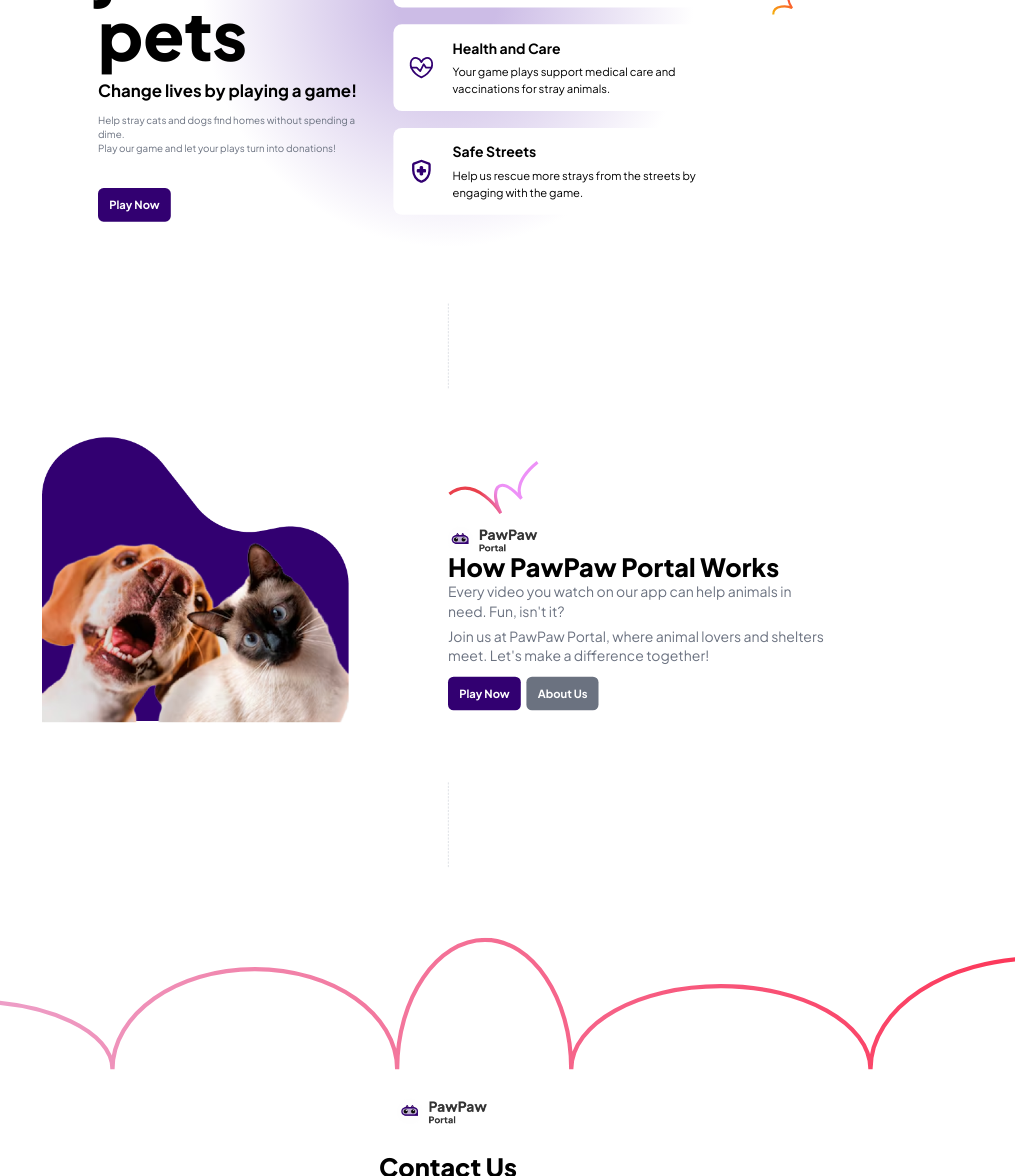
Repository: paskasiregar/pawpawwebsite
Page: /
The author's editor kept a copy of each file at every save. The page is drawn from the files as they stood at one save, then again after a run of saves.
The browser window is 1280 px wide. The page is 1450 px wide, so the pictures cover 1450 px, including what lies to the right of the window. The pictures show the part of the page from y = 504 to 2184 px (the page is 3234 px tall), at 70% of full size.
The project was rebuilt for these pictures with package versions that can differ from the ones it lists, and the page was loaded fresh each time. The framework's server and built-in components were replaced by stand-ins that run in the browser. Also part of the build but not shown: next.config.js, next.config.mjs.

Above is the page before, as saved 2024-07-30 20:52:41.

After the next 2 saves:
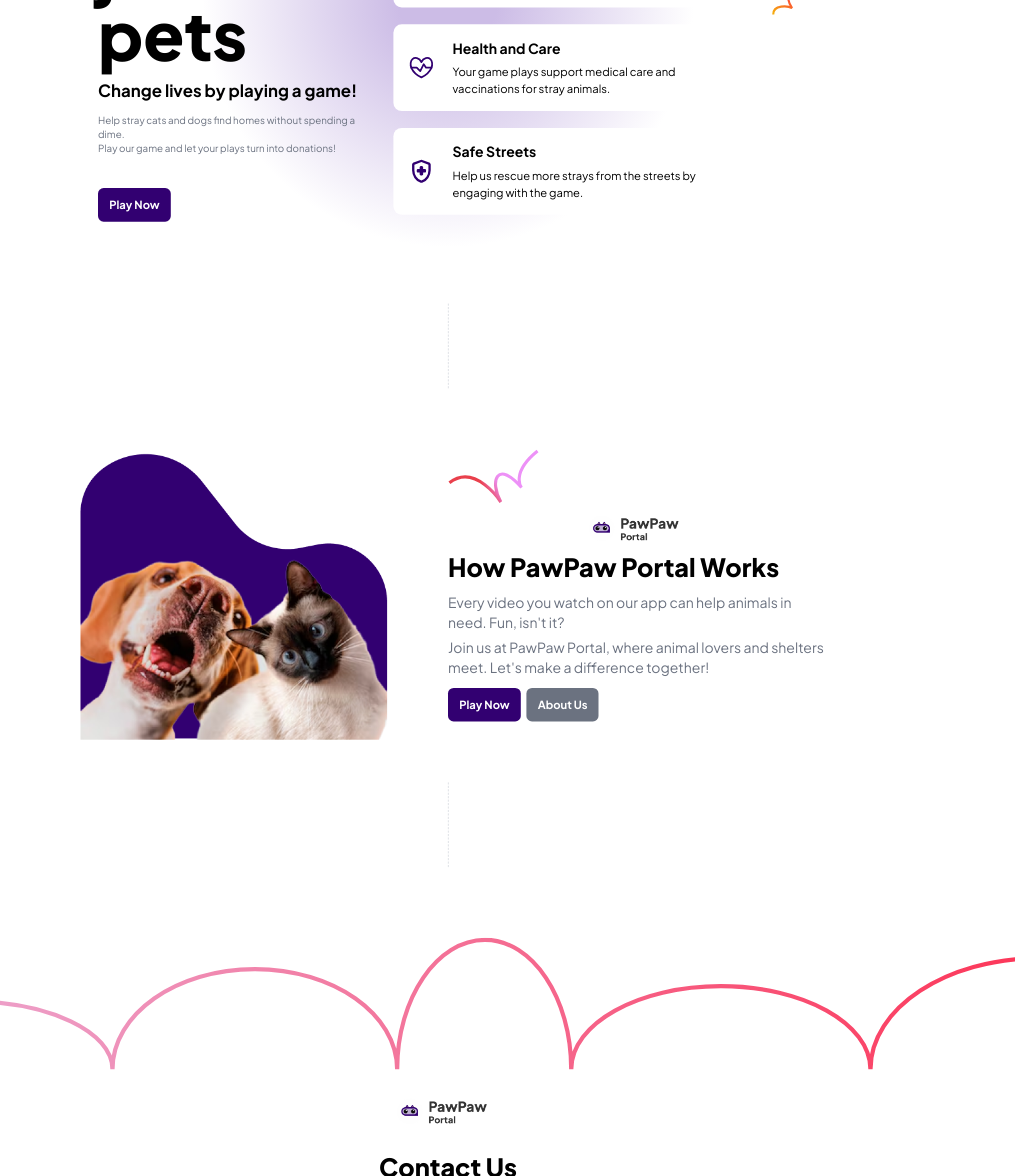
The 2 saves are shown as one change because 1 did not build or start.
The last was saved 3 min 49 s later.
--- a/src/app/page.js
+++ b/src/app/page.js
@@ -22,7 +22,7 @@ export default async function Home() {
           <Hero />
           <Divider />
           <div className="self-stretch bg-white flex flex-col md:flex-row">
-            <div className="flex-1 relative h-48 md:h-[489px] z-[0] items-center justify-center">
+            <div className="flex-1 relative h-48 md:h-[489px] z-[0] flex items-center justify-center">
               <Image
                 className="w-[80%] h-auto object-cover"
                 alt="banner"
@@ -71,7 +71,7 @@ export default async function Home() {
                     </defs>
                   </svg>
                 </div>
-                <div className="items-center justify-center">
+                <div className="hidden md:flex items-center justify-center">
                   <Image
                     className="w-36 h-10 object-cover"
                     alt="Logo"
@@ -79,24 +79,24 @@ export default async function Home() {
                     width={120}
                     height={20}
                   />
-                  <div className="flex flex-col items-center md:items-start">
-                    <div className="relative font-extrabold text-2xl md:text-4xl text-center md:text-left">
-                      How PawPaw Portal Works
-                    </div>
+                </div>
+                <div className="flex flex-col items-center md:items-start">
+                  <div className="relative font-extrabold text-2xl md:text-4xl text-center md:text-left">
+                    How PawPaw Portal Works
                   </div>
-                  <div className="self-stretch flex flex-col md:flex-row items-center md:items-start justify-start text-lg md:text-xl text-gray-500">
-                    <div className="flex-1 flex flex-col items-center md:items-start justify-start">
-                      <div className="self-stretch">
-                        <p className="m-0 text-center md:text-left">
-                          Every video you watch on our app can help animals in
-                          need. Fun, isn&apos;t it?
-                        </p>
-                        <p className="m-2"></p>
-                        <p className="m-0 text-center md:text-left">
-                          Join us at PawPaw Portal, where animal lovers and
-                          shelters meet. Let&apos;s make a difference together!
-                        </p>
-                      </div>
+                </div>
+                <div className="self-stretch flex flex-col md:flex-row items-center md:items-start justify-start text-lg md:text-xl text-gray-500">
+                  <div className="flex-1 flex flex-col items-center md:items-start justify-start">
+                    <div className="self-stretch">
+                      <p className="m-0 text-center md:text-left">
+                        Every video you watch on our app can help animals in
+                        need. Fun, isn&apos;t it?
+                      </p>
+                      <p className="m-2"></p>
+                      <p className="m-0 text-center md:text-left">
+                        Join us at PawPaw Portal, where animal lovers and
+                        shelters meet. Let&apos;s make a difference together!
+                      </p>
                     </div>
                   </div>
                 </div>
